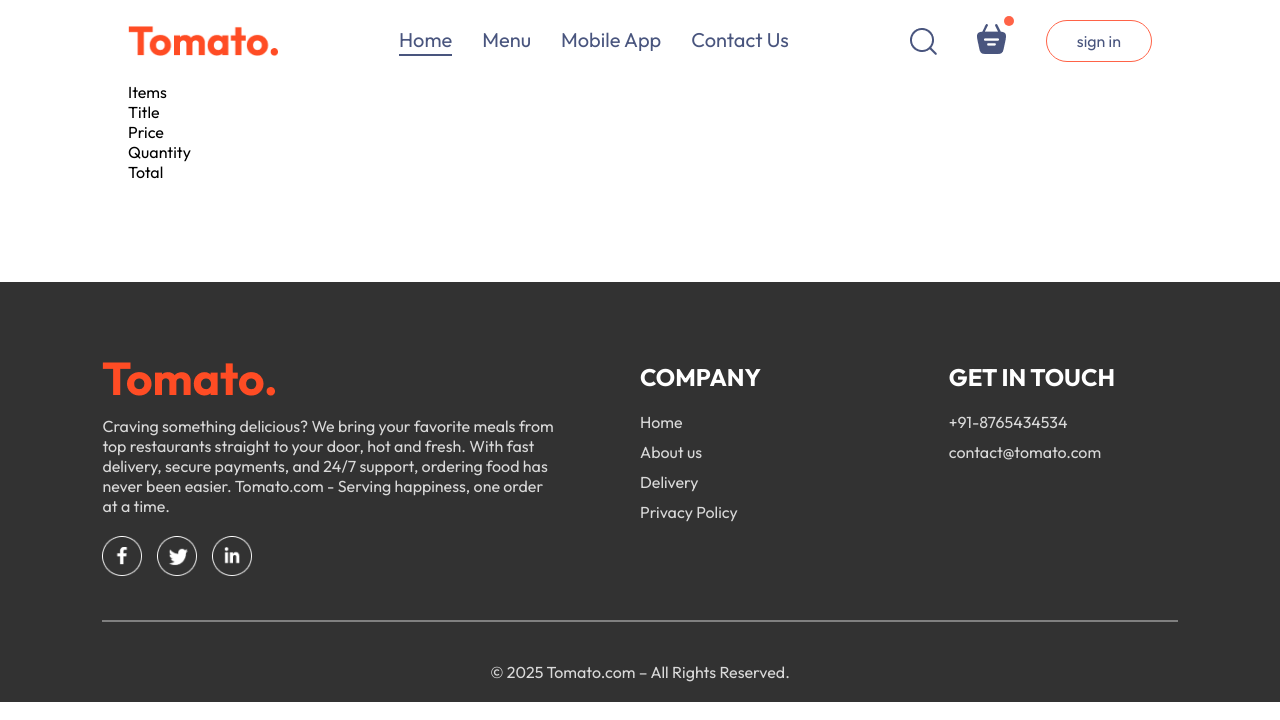
Repository: esakkiraj8104/FOOD_ORDER1
Page: /cart
The author's editor kept a copy of each file at every save. The page is drawn from the files as they stood at one save, then again after a run of saves.
The browser window is 1280 px wide. The pictures show the whole page.
The project was rebuilt for these pictures with package versions that can differ from the ones it lists, and the page was loaded fresh each time. Also part of the build but not shown: vite.config.js, src/components/Navbar/Header/Haeder.css, src/components/Navbar/Header/Header.jsx, src/components/Navbar/ExploreMenu/ExploreMenu.css, src/components/Navbar/ExploreMenu/ExploreMenu.jsx, src/components/Navbar/FoodDisplay/FoodDisplay.css, src/components/Navbar/FoodItem/FoodItem.css, src/components/Navbar/FoodItem/FoodItem.jsx and 7 more. Imported but missing from the stored project, and not drawn on this page: src/pages/PlaceOrder/PlaceOrder.

Above is the page before, as saved 2025-05-20 17:58:16.

After the next 2 saves:
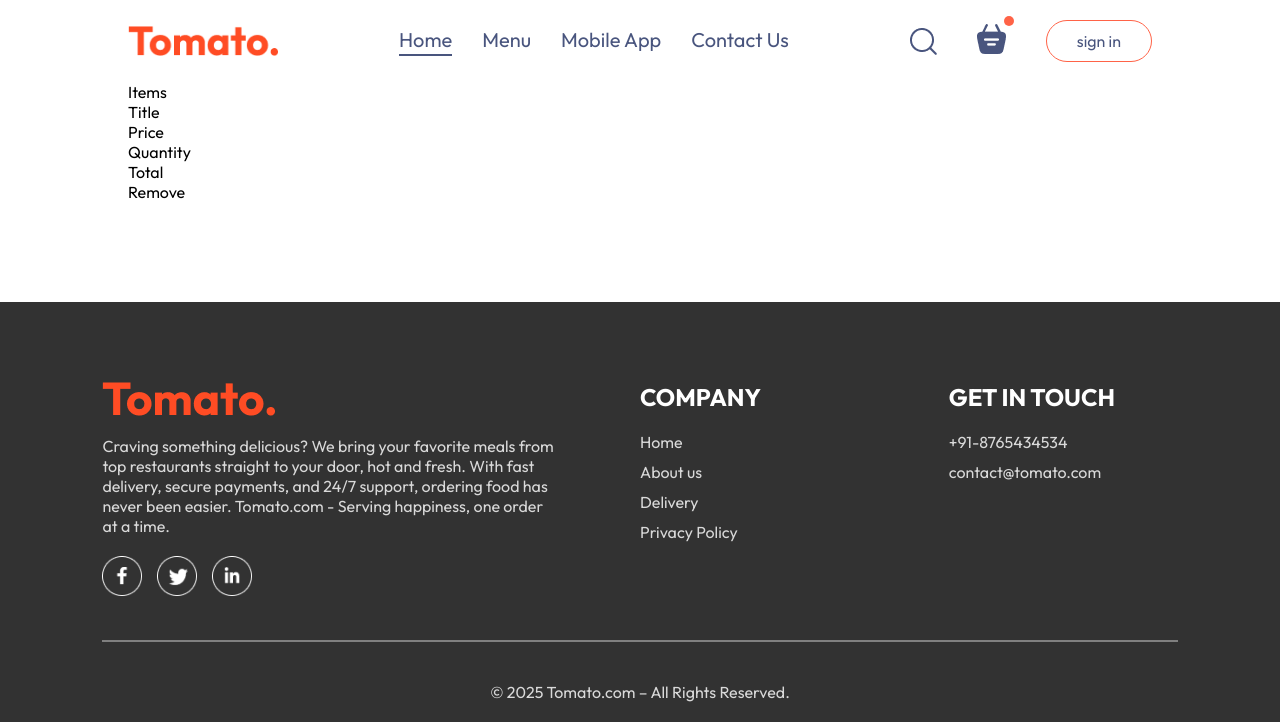
The 2 saves are shown as one change because they came seconds apart.
The last was saved 8 s later.
--- a/src/pages/Cart/Cart.jsx
+++ b/src/pages/Cart/Cart.jsx
@@ -14,7 +14,7 @@ const Cart = () => {
             <p>Price</p>
             <p>Quantity</p>
             <p>Total</p>
-            <p></p>
+            <p>Remove</p>
           </div>
         </div>
     </div>
